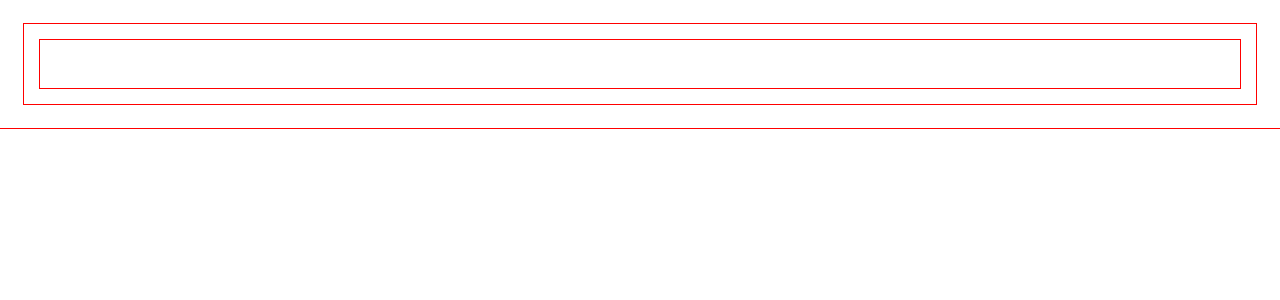
Repository: JacobSkilling-dot/Project1-Blog
Page: Week3-Blog.html
An editor plug-in stored every save of this project. The page is shown before and after the next save, followed by the edit.
The browser window is 1280 px wide. The pictures show the whole page.

Above is the page before, as saved 2023-01-16 19:36:39.

After the next save:
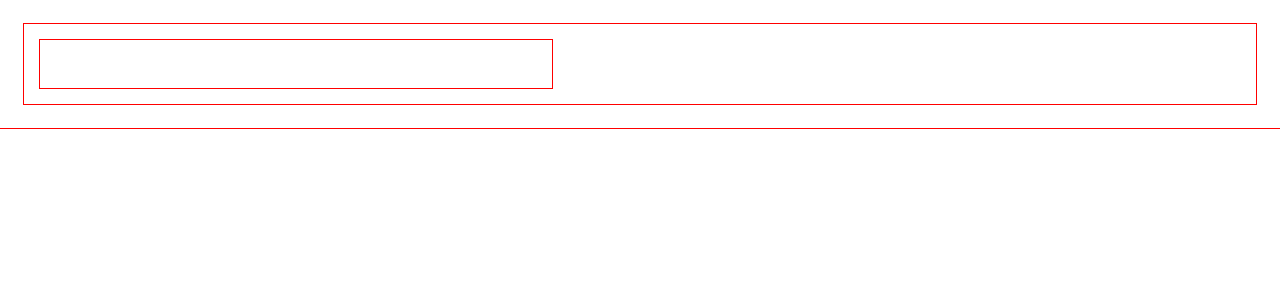
Saved 35 s later.
--- a/Week3-Blog.html
+++ b/Week3-Blog.html
@@ -10,7 +10,7 @@
 <body>
     <div class="main-content">
         <style>
-            .width{
+            .main-content{
                 width: 30rem;
             }
 
